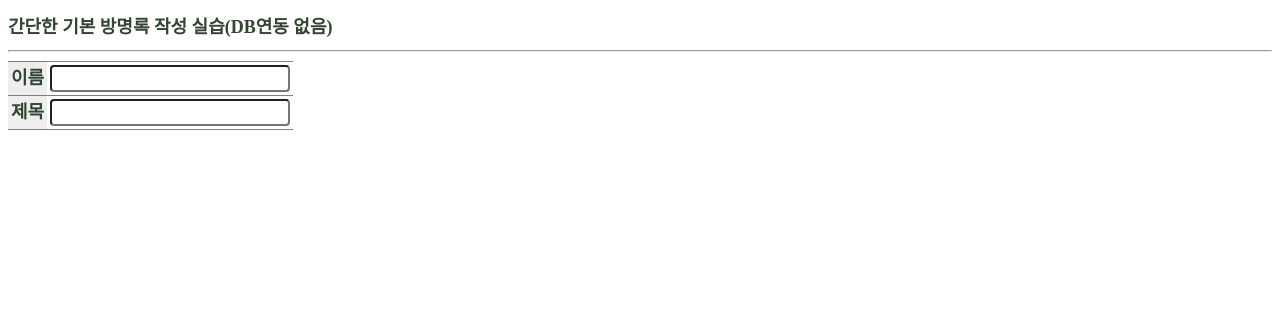
Repository: hyyrim/WebStudy
Page: http://localhost/WebApp17/Guest.jsp
An editor plug-in stored every save of this project. The page is shown before and after the next save, followed by the edit.
The browser window is 1280 px wide. The pictures show the whole page.
The page is served by Tomcat 9. Other server files are loaded and not shown.

Above is the page before, as saved 2021-05-20 05:43:14.

### WebApp17/WebContent/Guest.jsp
<%@ page contentType="text/html; charset=UTF-8"%>
<!DOCTYPE html>
<html>
<head>
<meta charset="UTF-8">
<title>Guest.jsp</title>
<link rel="stylesheet" type="text/css" href="css/default.css">

</head>
<body>

<div>
	<h1>간단한 기본 방명록 작성 실습(DB연동 없음)</h1>
	<hr>
</div>

<div>
	<form action="Guest_ok.jsp" method="post" name="myForm">
		<table class="table">
			<tr>
				<th>이름</th>
				<td>
					<input type="text" name="userName">
				</td>
			</tr>
			<tr>
				<th>제목</th>
				<td>
					<input type="text" name="subject">
				</td>
			</tr>
		</table>
	</form>
</div>


</body>
</html>

### WebApp17/WebContent/css/default.css
@charset "UTF-8";

*
{
	font-size: 18px;
	color: #343;
	font-family: 맑은 고딕;
	font-weight: bold;
}

input
{
	border-radius: 4px;
}

button:hover
{
	color: orange;
}

.table
{
	border-collapse: collapse;
}

.table th, .table td
{
	border: 1px solid gray;
	border-left: 0px;
	border-right: 0px;

	padding: 3px;
	line-height: 150%;
	text-align: center;
}

.table th
{
	font-weight: bold;
	background-color: #EEE;
}

.btn01
{
	font-size: 10px;
	color: blue;
	width: 45px;
	height: 30px;
}

.btn02
{
	font-size: 10px;
	color: gray;
	width: 45px;
	height: 30px;
}

.btn02:hover
{
	color: gray;
}

.errMsg
{
	font-size: small;
	color: red;
	display: none;
}

.numTh
{
	width: 50px;
}

.nameTh
{
	width: 100px;
}

.telTh
{
	width: 150px;
}

.manageTh
{
	width: 200px;
}

.txtScore
{
	width: 100px;
	text-align: right;
}

After the next save:
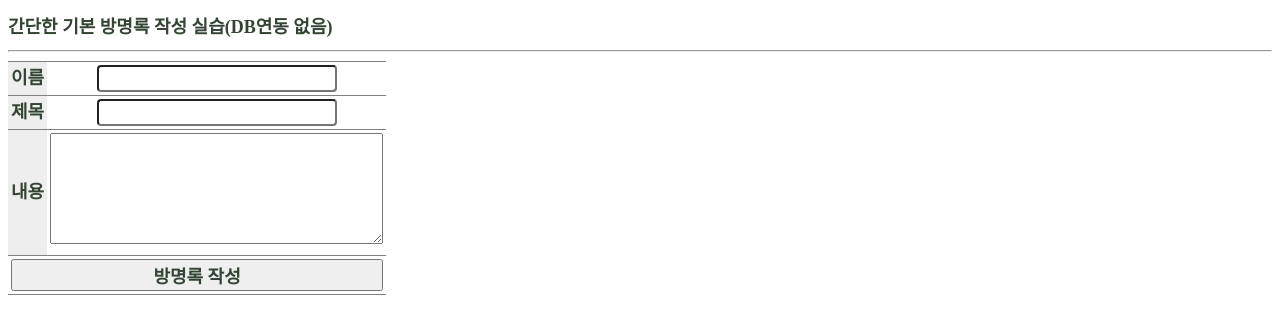
Saved 82 s later.
--- a/WebApp17/WebContent/Guest.jsp
+++ b/WebApp17/WebContent/Guest.jsp
@@ -29,6 +29,18 @@
 					<input type="text" name="subject">
 				</td>
 			</tr>
+			<tr>
+				<th>내용</th>
+				<td>
+					<textarea rows="5" cols="30" name="content"></textarea>
+				</td>
+			</tr>
+			<tr>
+				<td colspan="2">
+					<button type="button" onclick="sendIt()" class="btn"
+					style="width: 100%;">방명록 작성</button>
+				</td>
+			</tr>
 		</table>
 	</form>
 </div>
